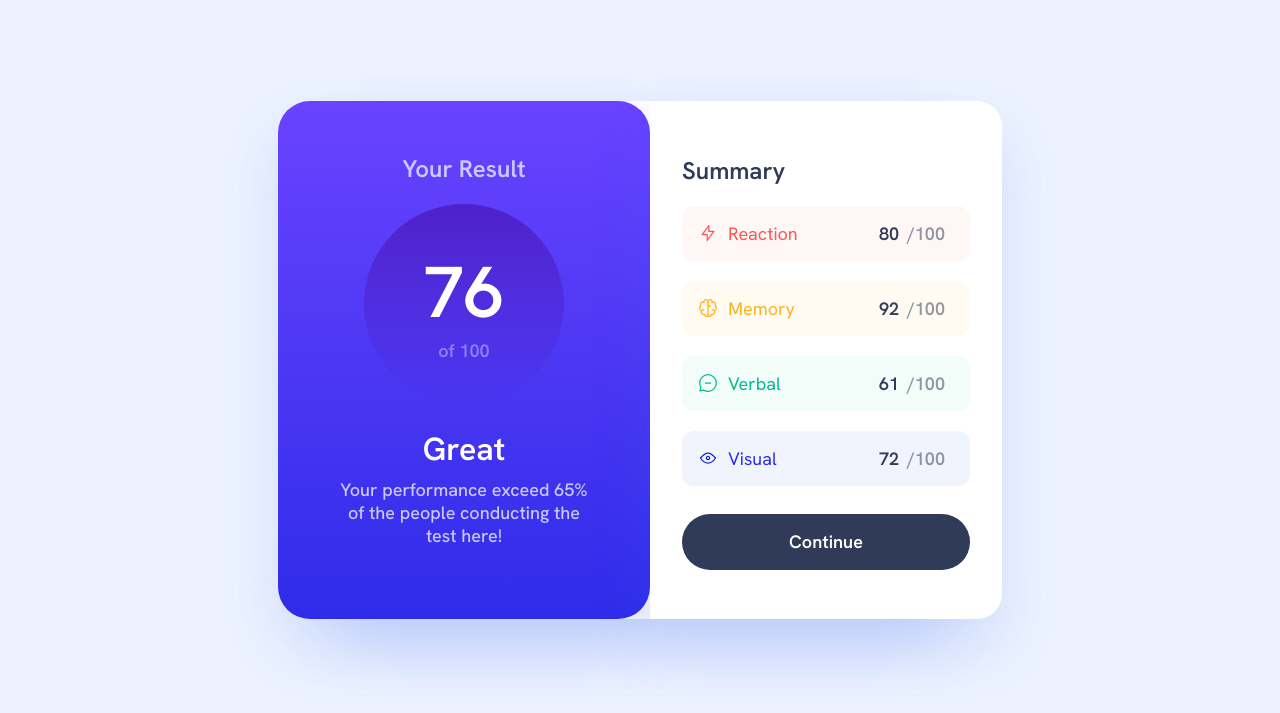
Repository: KamoliddinGIT/result-summary
Page: index.html
These files come from the project's save history. The page is drawn as it stood at one moment and after the next save; the edit follows.
The browser window is 1280 px wide. The pictures show the whole page.

Above is the page before, as saved 2023-09-08 17:15:45.

### index.html
<!DOCTYPE html>
<html lang="en">
  <head>
    <meta charset="UTF-8" />
    <meta name="viewport" content="width=device-width, initial-scale=1.0" />
    <link
      rel="icon"
      type="image/png"
      sizes="32x32"
      href="./assets/images/favicon-32x32.png"
    />
    <link rel="stylesheet" href="css/style.css" />
    <link rel="preconnect" href="https://fonts.googleapis.com" />
    <link rel="preconnect" href="https://fonts.gstatic.com" crossorigin />
    <link
      href="https://fonts.googleapis.com/css2?family=Hanken+Grotesk:wght@400;500;600&display=swap"
      rel="stylesheet"
    />
    <title>Results summary component</title>
  </head>
  <body>
    <div class="container">
      <div class="result-box">
        <h1 class="result__heading">Your Result</h1>
        <div class="result__score">
          <h1>76</h1>
          <span>of 100</span>
        </div>
        <div class="result__comment">
          <h1>Great</h1>
          <p>
            Your performance exceed 65% of the people conducting the test here!
          </p>
        </div>
      </div>
      <div class="summary-box">
        <h1 class="summary__title">Summary</h1>
        <div class="summary__stats">
          <li class="summary__stats__item__1">
            <img src="./assets/images/icon-reaction.svg" alt="logo" />
            <h2>Reaction</h2>
            <h3>80<span>/100</span></h3>
          </li>
          <li class="summary__stats__item__2">
            <img src="./assets/images/icon-memory.svg" alt="logo" />
            <h2>Memory</h2>
            <h3>92<span>/100</span></h3>
          </li>
          <li class="summary__stats__item__3">
            <img src="./assets/images/icon-verbal.svg" alt="logo" />
            <h2>Verbal</h2>
            <h3>61<span>/100</span></h3>
          </li>
          <li class="summary__stats__item__4">
            <img src="/assets/images/icon-visual.svg" alt="logo" />
            <h2>Visual</h2>
            <h3>72<span>/100</span></h3>
          </li>
        </div>
        <a href="#" class="summary__btn"> Continue </a>
      </div>
    </div>

    <script src="js/index.js"></script>
  </body>
</html>

### css/style.css
* {
  margin: 0;
  padding: 0;
  box-sizing: border-box;
}

body {
  display: flex;
  flex-direction: column;
  justify-content: center;
  align-items: center;
  height: 100vh;
  flex-direction: column;
  padding: 0;
  margin: 0;
  font-family: "Hanken Grotesk", "Arial", sans-serif;
  font-size: 18px;
  font-weight: 500;
  line-height: normal;
  background-color: #ecf2ff;
  color: #303b59;
}

.container {
  width: 47%;
  max-width: 1200px;
  display: flex;
  justify-content: center;
  align-items: center;
  height: 72%;
  background-color: #ffffff;
  box-shadow: 0px 30px 60px 0px rgba(61, 108, 236, 0.15);
  border-radius: 32px;
}

.result-box {
  width: 50%;
  max-width: 368px;
  min-height: 100%;
  border-radius: 32px;
  box-shadow: 0px 30px 60px 0px rgba(61, 108, 236, 0.15);
  background-image: linear-gradient(
    180deg,
    #75f 0%,
    #6943ff 0.01%,
    #2f2ce9 100%
  );
  padding: 24px 56px 40px;
  color: #cac9ff;
  box-shadow: 0px 30px 60px 0px rgba(61, 108, 236, 0.15);
  display: flex;
  flex-direction: column;
  align-items: center;
  justify-content: center;
  font-family: "Hanken Grotesk", "Arial", sans-serif;
  /* gap: 30px; */
}

.summary-box {
  display: flex;
  flex-direction: column;
  align-items: start;
  /* padding-left: 40px; */
  justify-content: space-evenly;
  background: #fff;
  width: 50%;
  height: 100%;
  border-radius: 0 25px 25px 0;
  padding: 54px 32px 52px;
  box-shadow: 0px 30px 60px 0px rgba(61, 108, 236, 0.15);
}

.result__heading {
  margin-bottom: 20px;
  font-size: 24px;
}

.result__score {
  display: flex;
  flex-direction: column;
  justify-content: center;
  align-items: center;
  width: 200px;
  height: 200px;
  border-radius: 50%;
  background-image: linear-gradient(
    180deg,
    #4d21c9 0%,
    rgba(37, 33, 201, 0) 100%,
    rgba(37, 33, 201, 0) 100%
  );
}

.result__score h1 {
  font-size: 72px;
  color: #ffffff;
}

.result__score span {
  color: #cac9ff;
  font-weight: 700;
  opacity: 0.5168;
  font-size: 18px;
}

.result__comment {
  margin-top: 20px;
  display: flex;
  justify-content: space-around;
  align-items: center;
  flex-direction: column;
  text-align: center;
  width: 260px;
  height: 127px;
}

.result__comment h1 {
  font-size: 32px;
  color: #ffffff;
}

.result__comment p {
  font-size: 18px;
  color: #cac9ff;
  font-weight: 500;
  line-height: normal;
}

.summary__title {
  /* margin-bottom: 20px; */
  color: #303b59;
  font-size: 24px;
  font-weight: bold;
}

.summary__stats {
  width: 288px;
  height: 278px;
  display: flex;
  flex-direction: column;
  /* justify-content: space-between; */
  align-items: start;
  list-style-type: none;
}

li {
  margin-top: 20px;
}

.summary__stats__item__1 {
  width: 100%;
  display: flex;
  gap: 10px;
  align-items: center;
  height: 56px;
  padding: 16px;
  background: rgba(255, 85, 85, 0.05);
  border-radius: 12px;
}

.summary__stats__item__1 h2 {
  width: 141px;
  font-size: 18px;
  color: #f55;
  font-weight: normal;
}

.summary__stats__item__1 h3 span {
  opacity: 0.5168;
  font-weight: bold;
  color: rgba(48, 59, 89, 0.5);
  font-size: 18px;
  color: #303b59;
  margin-left: 8px;
}

.summary__stats__item__1 h3 {
  color: #303b59;
  font-weight: bold;
  font-size: 18px;
}

.summary__stats__item__2 {
  width: 100%;
  display: flex;
  gap: 10px;
  align-items: center;
  height: 56px;
  padding: 16px;
  background: rgba(255, 178, 30, 0.05);
  border-radius: 12px;
}

.summary__stats__item__2 h2 {
  width: 141px;
  font-size: 18px;
  color: #ffb21e;
  font-weight: normal;
}

.summary__stats__item__2 h3 span {
  opacity: 0.5168;
  font-weight: bold;
  color: rgba(48, 59, 89, 0.5);
  font-size: 18px;
  color: #303b59;
  margin-left: 8px;
}

.summary__stats__item__2 h3 {
  color: #303b59;
  font-weight: bold;
  font-size: 18px;
}

.summary__stats__item__3 {
  width: 100%;
  display: flex;
  gap: 10px;
  align-items: center;
  height: 56px;
  padding: 16px;
  background: rgba(0, 187, 143, 0.05);
  border-radius: 12px;
}

.summary__stats__item__3 h2 {
  font-size: 18px;
  color: #00bb8f;
  font-weight: normal;
  width: 141px;
}

.summary__stats__item__3 h3 span {
  opacity: 0.5168;
  font-weight: bold;
  color: rgba(48, 59, 89, 0.5);
  font-size: 18px;
  color: #303b59;
  margin-left: 8px;
}

.summary__stats__item__3 h3 {
  color: #303b59;
  font-weight: bold;
  font-size: 18px;
}

.summary__stats__item__4 {
  width: 100%;
  display: flex;
  gap: 10px;
  align-items: center;
  height: 56px;
  padding: 16px;
  background: rgba(17, 37, 214, 0.05);
  border-radius: 12px;
}

.summary__stats__item__4 h2 {
  width: 141px;
  font-size: 18px;
  color: #2f2ce9;
  font-weight: normal;
}

.summary__stats__item__4 h3 span {
  opacity: 0.5168;
  font-weight: bold;
  color: rgba(48, 59, 89, 0.5);
  font-size: 18px;
  color: #303b59;
  margin-left: 8px;
}

.summary__stats__item__4 h3 {
  color: #303b59;
  font-weight: bold;
  font-size: 18px;
}

.summary__btn {
  margin-top: 50px;
  padding: 20px;
  width: 288px;
  height: 56px;
  border-radius: 128px;
  background: #303b59;
  display: flex;
  justify-content: center;
  align-items: center;
  text-decoration: none;
  color: white;
  font-weight: bold;
}

.summary__btn:hover {
  background: linear-gradient(180deg, #75f 0%, #6943ff 0.01%, #2f2ce9 100%);
  content: "";
  transition: opacity ease 0.3s;
}

.summary__btn:active {
  outline: 2px solid white;
  border: 2px solid white;
}

/* media */

@media only screen and (max-width: 740px) {
  /* body {
    padding: 50px;
    align-items: center;
  } */

  .container {
    flex-direction: column;
    width: 100%;
    max-width: 368px;
  }

  .result-box {
    padding: 15px;
    width: 100%;
    margin-top: 350px;
    max-width: 100%;
    box-shadow: 0px 30px 60px 0px rgba(61, 108, 236, 0.15);
  }

  .summary-box {
    /* margin-top: 350px; */
    border-radius: 0;
    background: #fff;
    width: 100%;
    max-width: 100%;
    height: 507px;
  }
}

@media (min-width: 740px) {
  .container {
    max-width: 1400px;
  }
  .result-box {
    width: 100%;
    max-width: 100%;
  }
  .summary-box {
    width: 100%;
    max-width: 100%;
  }
}

### js/index.js
"use strict";

const data = [
  {
    category: "Reaction",
    score: 80,
    icon: "img/icon-reaction.svg",
  },
  {
    category: "Memory",
    score: 92,
    icon: "img/icon-memory.svg",
  },
  {
    category: "Verbal",
    score: 61,
    icon: "img/icon-verbal.svg",
  },
  {
    category: "Visual",
    score: 72,
    icon: "img/icon-visual.svg",
  },
];

After the next save:
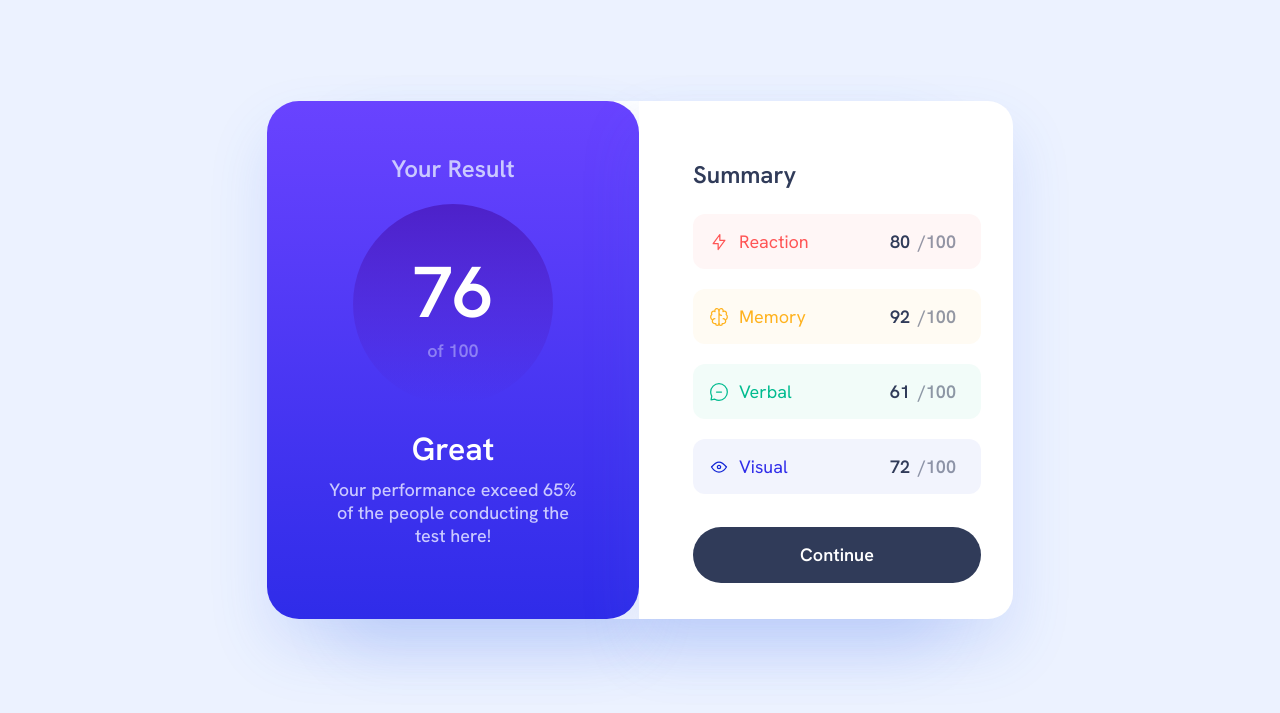
Saved 8 s later.
--- a/css/style.css
+++ b/css/style.css
@@ -66,7 +66,7 @@
   width: 50%;
   height: 100%;
   border-radius: 0 25px 25px 0;
-  padding: 54px 32px 52px;
+  padding: 54px 32px 32px 54px;
   box-shadow: 0px 30px 60px 0px rgba(61, 108, 236, 0.15);
 }
 

After the save that followed:
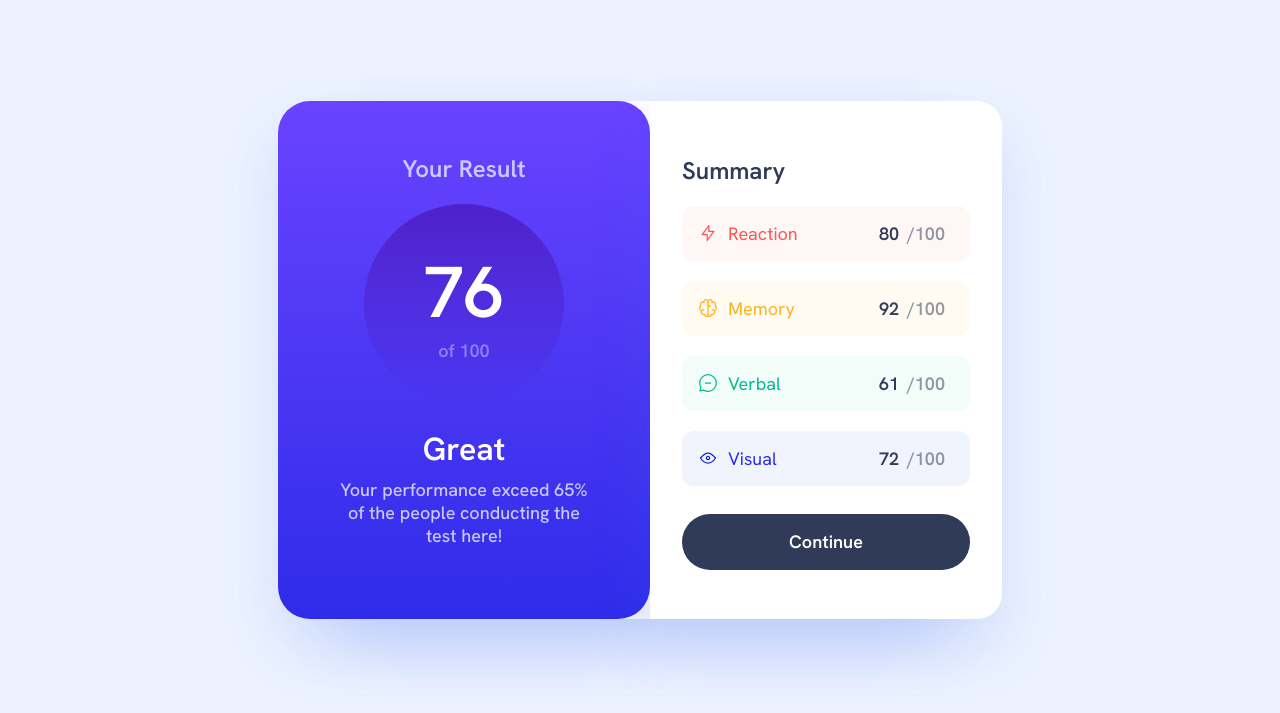
Saved 14 s later.
--- a/css/style.css
+++ b/css/style.css
@@ -66,7 +66,7 @@
   width: 50%;
   height: 100%;
   border-radius: 0 25px 25px 0;
-  padding: 54px 32px 32px 54px;
+  padding: 54px 32px;
   box-shadow: 0px 30px 60px 0px rgba(61, 108, 236, 0.15);
 }
 
